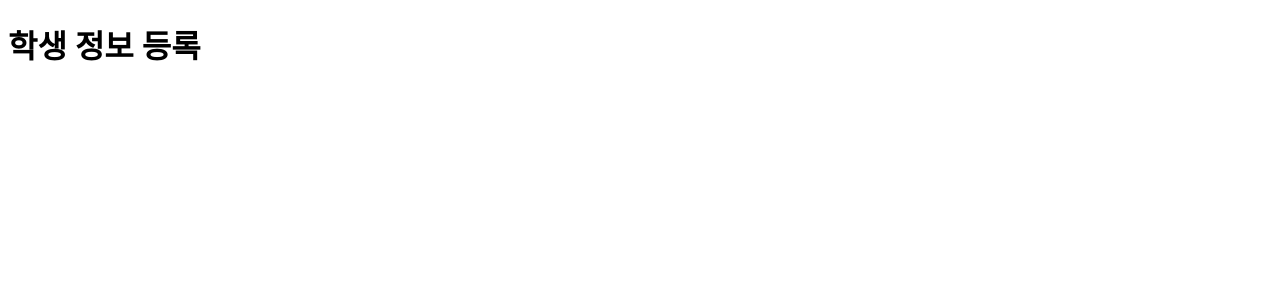
Repository: junesse-afk/ITJSP
Page: http://localhost/StudyJSP/jsp09_servlet/test6_student_regist_form.jsp
An editor plug-in stored every save of this project. The page is shown before and after the next save, followed by the edit.
The browser window is 1280 px wide. The pictures show the whole page.
The page is served by Tomcat 10. Other server files are loaded and not shown.

Above is the page before, as saved 2024-11-27 00:19:20.

### workspace_jsp/StudyJSP/src/main/webapp/jsp09_servlet/test6_student_regist_form.jsp
<%@ page language="java" contentType="text/html; charset=UTF-8"
    pageEncoding="UTF-8"%>
<!DOCTYPE html>
<html>
<head>
<meta charset="UTF-8">
<title>Insert title here</title>
</head>
<body>

	<h1>학생 정보 등록</h1>

</body>
</html>

After the next save:
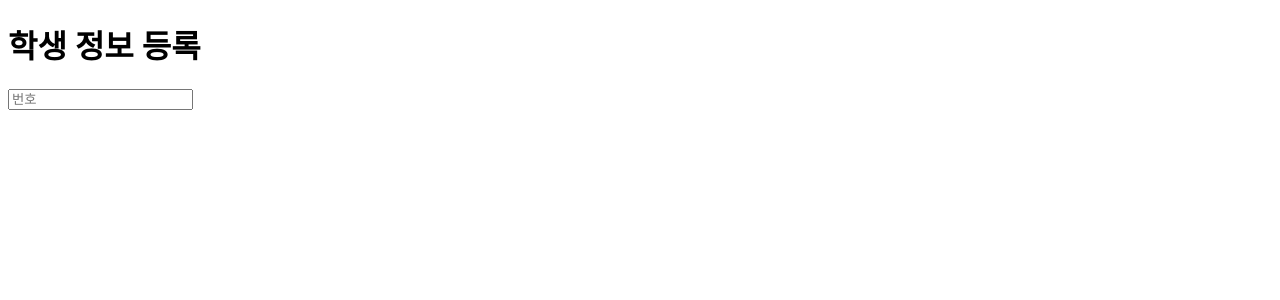
Saved 32 s later.
--- a/workspace_jsp/StudyJSP/src/main/webapp/jsp09_servlet/test6_student_regist_form.jsp
+++ b/workspace_jsp/StudyJSP/src/main/webapp/jsp09_servlet/test6_student_regist_form.jsp
@@ -9,6 +9,9 @@
 <body>
 
 	<h1>학생 정보 등록</h1>
+	<form action="StudentRegist.st" method="post">
+		<input type="text" name="idx" placeholder="번호"><br>
+	</form>
 
 </body>
 </html>
